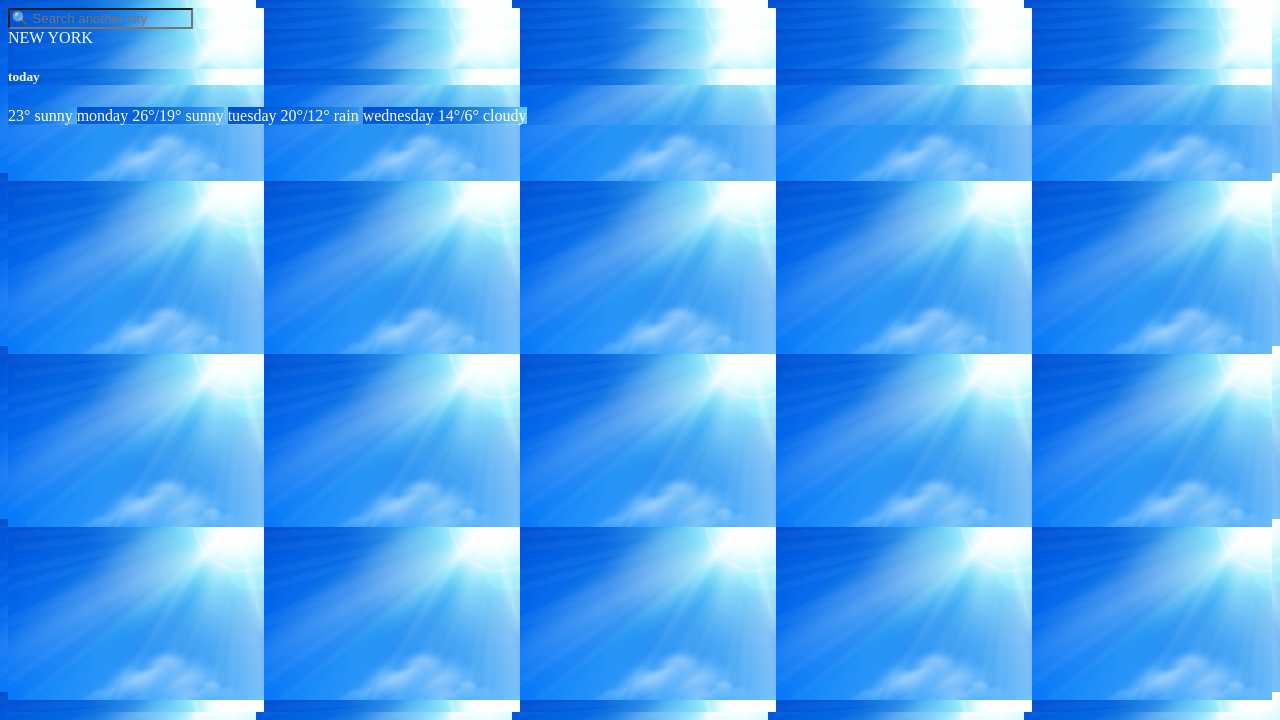
Repository: liav13/WeatherTast
Page: index.html
An editor plug-in stored every save of this project. The page is shown before and after the next save, followed by the edit.
The browser window is 1280 px wide. The pictures show the whole page.
The style sheet was rebuilt from its Sass, Less or Tailwind sources for each picture, by a compiler version that may differ from the author's.

Above is the page before, as saved 2019-07-13 13:35:30.

### index.html
<html lang="en">
    <head>
        <meta charset="UTF-8">
        <meta name="viewport" content="width=device-width, initial-scale=1.0">
        <meta http-equiv="X-UA-Compatible" content="ie=edge">
        <link href="https://fonts.googleapis.com/css?family=Work+Sans&display=swap" rel="stylesheet">
        <link rel="stylesheet" href="./css/style.css">
        <title>Document</title>
    </head>
    <body>

        <header>
        <input type="text" placeholder="&#128269; Search another city">
        </header>



        <section>
            <span class="loction"> NEW YORK <h5>today</h5> 23&#176; sunny </span>
            <!-- לתפוס כל חלק בניפרד בץוך הספרן -->
            <span class="weater"> monday 26&#176;/19&#176; sunny</span>
            <span class="weater"> tuesday 20&#176;/12&#176; rain</span>
            <span class="weater"> wednesday 14&#176;/6&#176; cloudy</span>
        </section>


    </body>
    </html>

### styles/style.scss
$primaryColor: white;
$backgroundImg:url("/img/sky.png") ;
body{
    background-color:black;
}
*{
    color: $primaryColor;
    background-image: $backgroundImg;
}

After the next save:
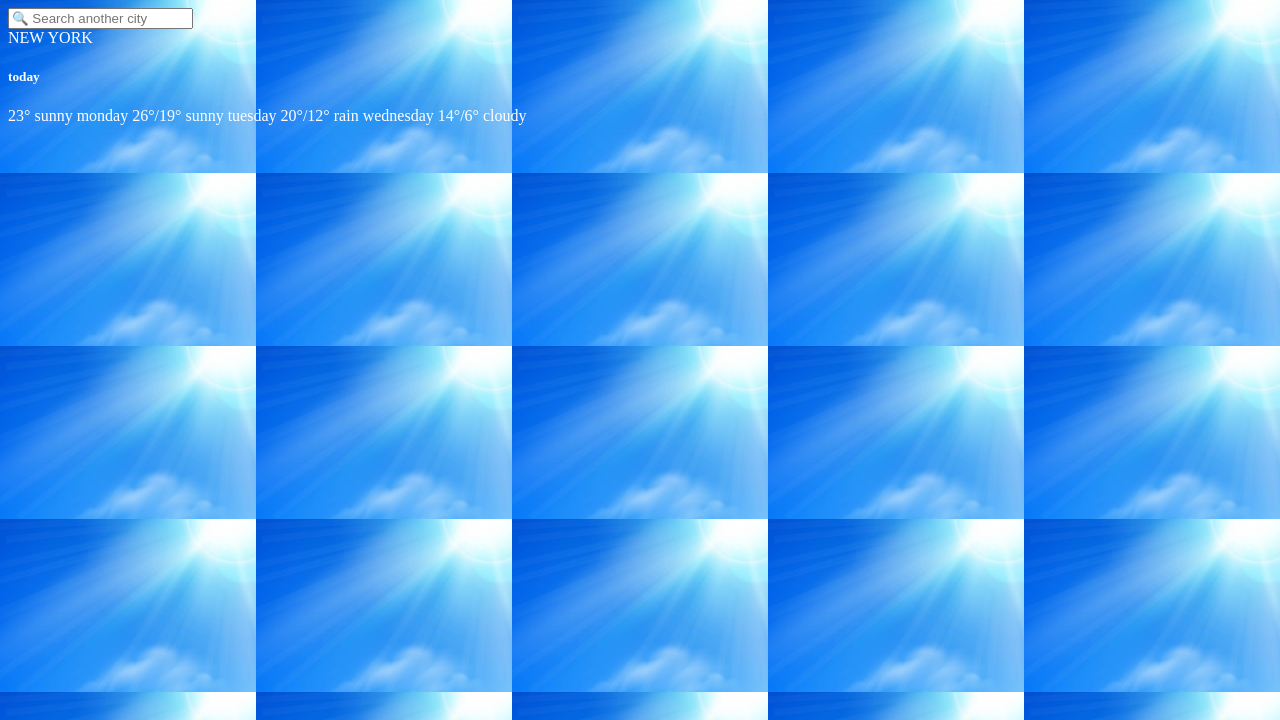
Saved 47 s later.
--- a/styles/style.scss
+++ b/styles/style.scss
@@ -1,9 +1,10 @@
 $primaryColor: white;
 $backgroundImg:url("/img/sky.png") ;
+
+*{
+    color: $primaryColor;
+}
 body{
     background-color:black;
-}
-*{
-    color: $primaryColor;
     background-image: $backgroundImg;
 }
